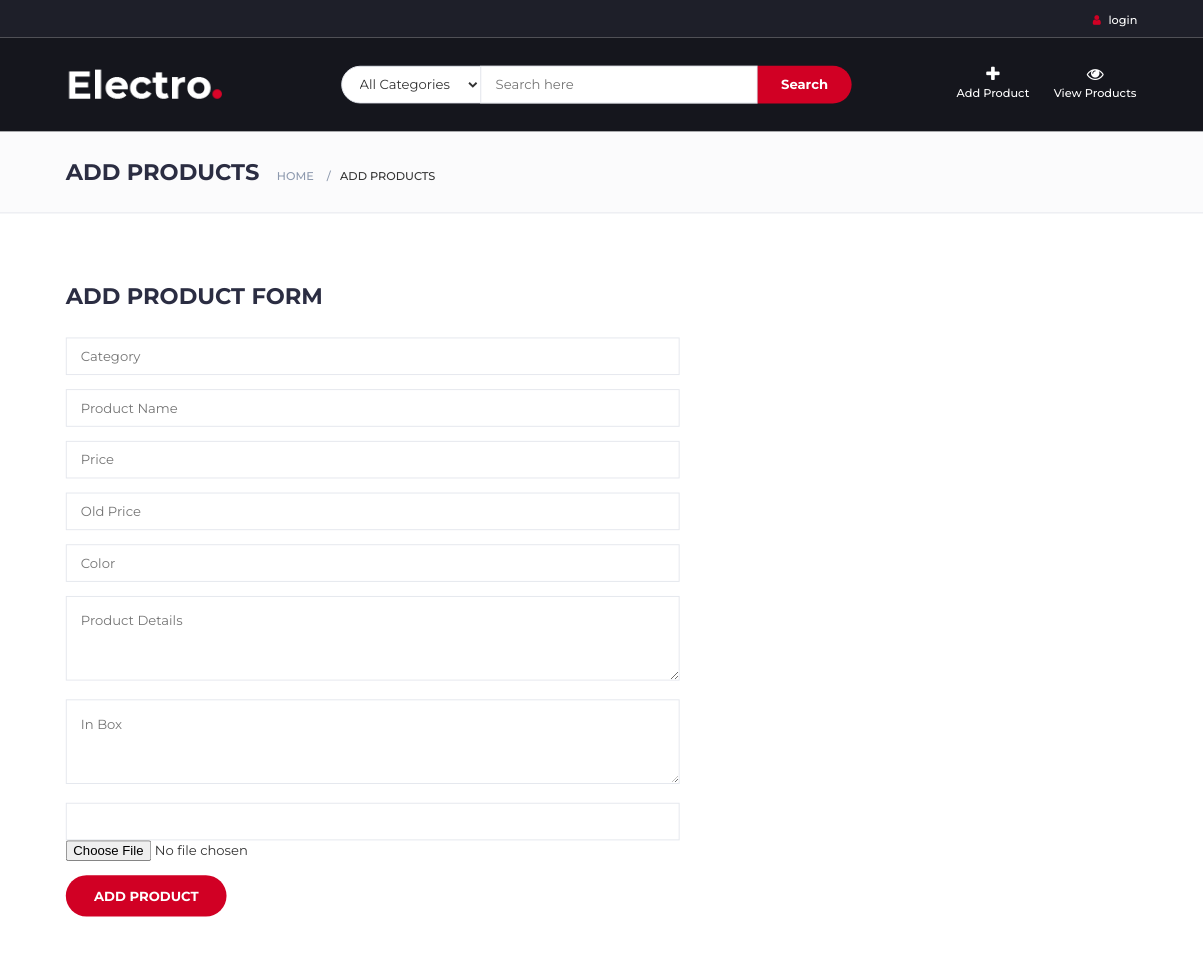
Repository: kinjalsavaliya263/JAVA
Page: http://localhost/electro-master/addproduct.jsp
These files come from the project's save history. The page is drawn as it stood at one moment and after the next save; the edit follows.
The browser window is 1280 px wide. The pictures show the whole page, at 94% of full size.
The page is served by Tomcat 9. Other server files are loaded and not shown. The template is opened directly, without the code that normally fills it, so the values that code supplies are empty.

Above is the page before, as saved 2023-04-04 15:52:54.

### electro-master/src/main/webapp/addproduct.jsp
<%@ page language="java" contentType="text/html; charset=UTF-8"
	pageEncoding="UTF-8"%>
<%@ include file="sellerheader.jsp"%>
<!DOCTYPE html>
<html>
<head>
<meta charset="UTF-8">
<title>Electro -Ecommerce</title>

</head>
<body>
	<!-- BREADCRUMB -->
	<div id="breadcrumb" class="section">
		<!-- container -->
		<div class="container">
			<!-- row -->
			<div class="row">
				<div class="col-md-12">
					<h3 class="breadcrumb-header">Add Products</h3>
					<ul class="breadcrumb-tree">
						<li><a href="#">Home</a></li>
						<li class="active">Add Products</li>
					</ul>
				</div>
			</div>
			<!-- /row -->
		</div>
		<!-- /container -->
	</div>
	<!-- /BREADCRUMB -->

	<!-- SECTION -->
	<div class="section">
		<!-- container -->
		<div class="container">
			<!-- row -->
			<div class="row">

				<div class="col-md-7">
					<!-- Add Product -->
					<form action="addproduct" method="post"
						enctype="multipart/form-data">
						<div class="billing-details">
							<span class="text-danger">${msg}</span> <span
								class="text-success">${msg1}</span>
							<div class="section-title">
								<h3 class="title">Add Product Form</h3>
							</div>


							<input type="hidden" name="uid" id="uid">

							<div class="form-group">
								<input class="input" type="text" name="category"
									placeholder="Category" id="category">
							</div>
							<div class="form-group">
								<input class="input" type="text" name="pname"
									placeholder="Product Name" id="pname">
							</div>
							<div class="form-group">
								<input class="input" type="number" name="price"
									placeholder="Price" id="price">
							</div>
							<div class="form-group">
								<input class="input" type="number" name="oldprice"
									placeholder="Old Price" id="oldprice">
							</div>
							<div class="form-group">
								<input class="input" type="text" name="color"
									placeholder="Color" id="color">
							</div>

							<div class="form-group">
								<textarea cols="3" class="input" name="details"
									placeholder="Product Details" id="details"></textarea>
							</div>
							<div class="form-group">
								<textarea cols="3" class="input" name="inbox"
									placeholder="In Box" id="inbox"></textarea>
							</div>
							<div class="form-group">
								<input class="input" type="text" name="image">
								<input type="file" name="image">
							</div>

							<div class="form-group">
								<button type="submit" class="primary-btn order-submit">Add
									Product</button>
							</div>

						</div>
					</form>
					<!-- /Add Product -->



				</div>


			</div>
			<!-- /row -->
		</div>
		<!-- /container -->
	</div>
	<!-- /SECTION -->



</body>
</html>

### electro-master/src/main/webapp/sellerheader.jsp

<%@page import="model.User"%>
<%@ page language="java" contentType="text/html; charset=UTF-8"
	pageEncoding="UTF-8"%>
<!DOCTYPE html>
<html>
<head>
<meta charset="UTF-8">
<title>Electro -Ecommerce</title>
<link
	href="https://fonts.googleapis.com/css?family=Montserrat:400,500,700"
	rel="stylesheet">

<!-- Bootstrap -->
<link type="text/css" rel="stylesheet" href="css/bootstrap.min.css" />

<!-- Slick -->
<link type="text/css" rel="stylesheet" href="css/slick.css" />
<link type="text/css" rel="stylesheet" href="css/slick-theme.css" />

<!-- nouislider -->
<link type="text/css" rel="stylesheet" href="css/nouislider.min.css" />

<!-- Font Awesome Icon -->
<link rel="stylesheet" href="css/font-awesome.min.css">

<!-- Custom stlylesheet -->
<link type="text/css" rel="stylesheet" href="css/style.css" />

<!-- HTML5 shim and Respond.js for IE8 support of HTML5 elements and media queries -->
<!-- WARNING: Respond.js doesn't work if you view the page via file:// -->
<!--[if lt IE 9]>
		  <script src="https://oss.maxcdn.com/html5shiv/3.7.3/html5shiv.min.js"></script>
		  <script src="https://oss.maxcdn.com/respond/1.4.2/respond.min.js"></script>
		<![endif]-->
</head>
<body>
	<!-- HEADER -->
	<header>
		<!-- TOP HEADER -->
		<div id="top-header">
			<div class="container">

				<%
				/* String email = (String) session.getAttribute("email"); */
				User us = (User) request.getAttribute("use");
				%>



				<ul class="header-links pull-left">

				</ul>
				<ul class="header-links pull-right">




					<%
					if (us != null) {
					%>

					<li><a href="myprofile?email=<%=us.getEmail()%>"><i
							class="fa fa-user"></i>My Profile</a></li>
					<li><a href="changepass.jsp?email=<%=us.getEmail()%>"><i
							class="fa fa-key"></i>Change Password</a></li>
					<li style="color: white;"><b>Welcome <%=us.getFname()%> <%=us.getLname()%></b></li>
					<li><a href="logout.jsp"><i class="fa fa-user"></i>Logout</a></li>
					<%
					} else {
					%>

					<li><a href="login.jsp"><i class="fa fa-user"></i> login</a></li>
					<%
					}
					%>


				</ul>
			</div>
		</div>
		<!-- /TOP HEADER -->

		<!-- MAIN HEADER -->
		<div id="header">
			<!-- container -->
			<div class="container">
				<!-- row -->
				<div class="row">
					<!-- LOGO -->
					<div class="col-md-3">
						<div class="header-logo">
							<a href="#" class="logo"> <img src="./img/logo.png" alt="">
							</a>
						</div>
					</div>
					<!-- /LOGO -->

					<!-- SEARCH BAR -->
					<div class="col-md-6">
						<div class="header-search">
							<form>
								<select class="input-select">
									<option value="0">All Categories</option>
									<option value="1">Category 01</option>
									<option value="1">Category 02</option>
								</select> <input class="input" placeholder="Search here">
								<button class="search-btn">Search</button>
							</form>
						</div>
					</div>
					<!-- /SEARCH BAR -->

					<!-- ACCOUNT -->
					<div class="col-md-3 clearfix">
						<div class="header-ctn">
							<!-- Add Product -->
							<div>
								<a href="addproduct.jsp"> <i class="fa fa-plus"></i> <span>Add
										Product</span>
								</a>
							</div>
							<!-- /Add Product -->

							<!-- View Product -->
							<div >
								<a href="viewproduct.jsp"> <i class="fa fa-eye"></i> <span>View
										Products</span>
								</a>

							</div>
							<!-- /View Product -->


						</div>
					</div>
					<!-- /ACCOUNT -->
				</div>
				<!-- row -->
			</div>
			<!-- container -->
		</div>
		<!-- /MAIN HEADER -->
	</header>
	<!-- /HEADER -->


</body>
</html>

Loaded but not shown: electro-master/src/main/webapp/css/bootstrap.min.css (library); electro-master/src/main/webapp/css/slick.css (common file); electro-master/src/main/webapp/css/slick-theme.css (library); electro-master/src/main/webapp/css/nouislider.min.css (library); electro-master/src/main/webapp/css/font-awesome.min.css (library); electro-master/src/main/webapp/css/style.css (2191 lines, source omitted)

After the next save:
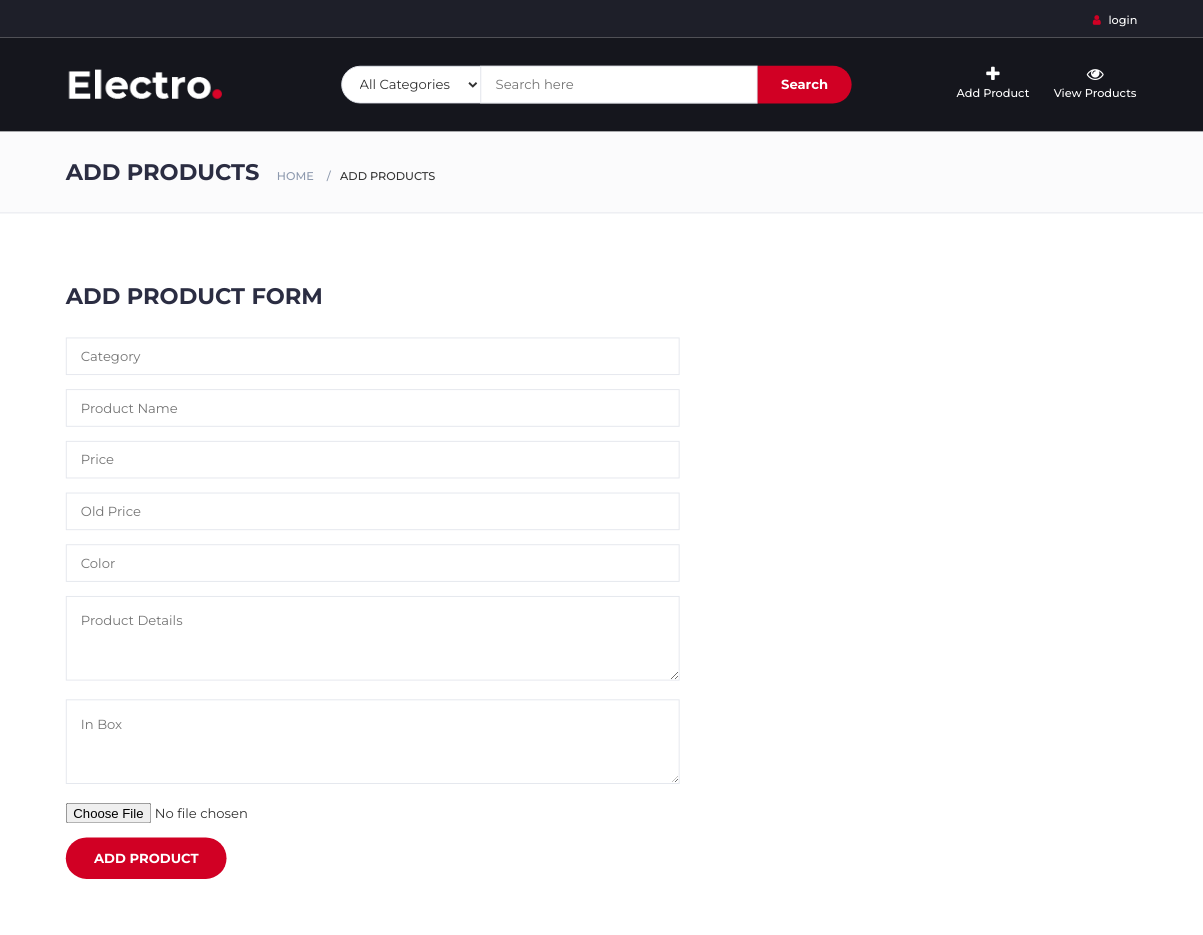
Saved 66 s later.
--- a/electro-master/src/main/webapp/addproduct.jsp
+++ b/electro-master/src/main/webapp/addproduct.jsp
@@ -80,7 +80,6 @@
 									placeholder="In Box" id="inbox"></textarea>
 							</div>
 							<div class="form-group">
-								<input class="input" type="text" name="image">
 								<input type="file" name="image">
 							</div>
 
